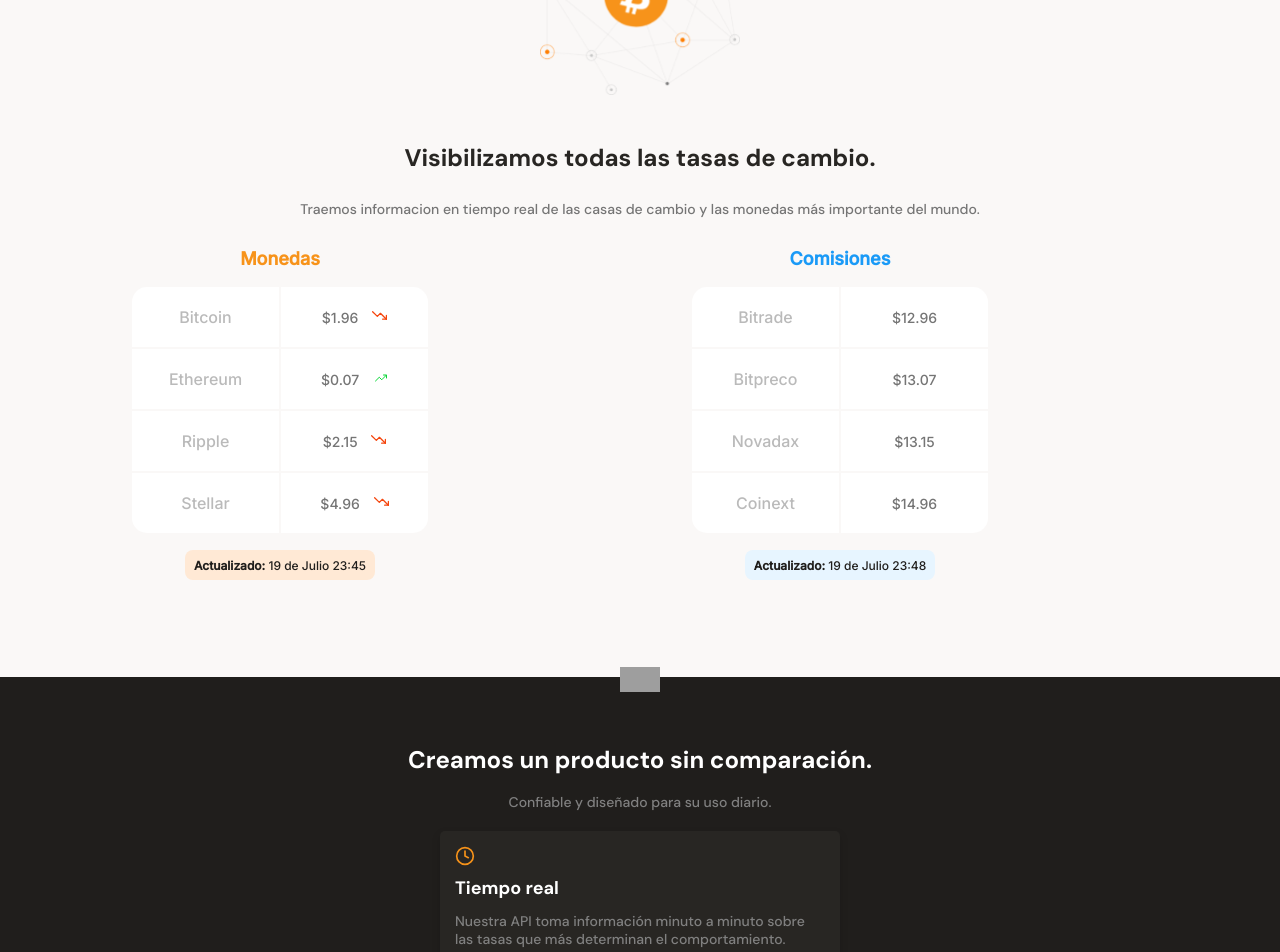
Repository: EnzoSz/Mobile-First
Page: index.html
The author's editor kept a copy of each file at every save. The page is drawn from the files as they stood at one save, then again after the next save.
The browser window is 1280 px wide. The pictures show the part of the page from y = 519 to 1471 px (the page is 3022 px tall before and 3342 px after).
Pictures or frames that could not be fetched are drawn as grey boxes.

Above is the page before, as saved 2021-02-05 13:27:34.

### index.html
<!DOCTYPE html>
<html lang="en">
<head>
    <meta charset="UTF-8">
    <meta name="viewport" content="width=device-width, initial-scale=1.0">
    <title>Document</title>
    <link rel="preconnect" href="https://fonts.gstatic.com">
    <link href="https://fonts.googleapis.com/css2?family=DM+Sans:wght@400;500;700&family=Inter:wght@300;500&display=swap" rel="stylesheet">
    <link rel="stylesheet" href="./estilos.css">
</head>
<body>
    <header>
        <img src="./assets/img/logo.svg" alt="">
        <div class="header--title-container">
            <h1>La próxima revolución en el intercambio de criptomonedas.</h1>
            <p>Batabit te ayuda a navegar entre los diferentes precios y tendencias.</p>
            <a href="#plans" class="header--button">Conoce Nuestros Planes <span></span></a>
        </div>
    </header>
    <main>
        <section class="main-exchange-container">
            <div class="backgroundImg"></div>
            <div class="main.exchange-container--title">
                <h2>Visibilizamos todas las tasas de cambio.</h2>
                <p>
                    Traemos informacion en  tiempo real de las casas de cambio y las monedas más importante del mundo.

                </p>
            </div>
            <section class="main-tables-container">
                <div class="main-currency-table">
                    <p class="currency-table--title">Monedas</p>
                    <div class="currency-table--container">
                        <table>
                            <tr>
                                <td class="table__top-left">Bitcoin</td>
                                <td class="table__top-right table__right">$1.96 <span class="down"></span></td>
                            </tr>
                            <tr>
                                <td>Ethereum</td>
                                <td class="table__right">$0.07 <span class="up"></span></td>
                            </tr>
                            <tr>
                                <td>Ripple</td>
                                <td class="table__right">$2.15 <span class="down"></span></td>
                            </tr>
                            <tr>
                                <td class="table__bottom-left">Stellar</td>
                                <td class="table__bottom-right table__right">$4.96 <span class="down"></span></td>
                            </tr>
                        </table>
                    </div>
                    <div class="currency-table-date">
                        <p>
                            <b>Actualizado:</b> 19 de Julio 23:45
                        </p>
                    </div>
                </div>
                <div class="main-commissions-table">
                    <p class="commissions-table--title">Comisiones</p>
                    <div class="commissions-table--container">
                        <table>
                            <tr>
                                <td class="table__top-left">Bitrade</td>
                                <td class="table__top-right table__right">$12.96</td>
                            </tr>
                            <tr>
                                <td>Bitpreco</td>
                                <td class="table__right">$13.07</td>
                            </tr>
                            <tr>
                                <td>Novadax</td>
                                <td class="table__right">$13.15</td>
                            </tr>
                            <tr>
                                <td class="table__bottom-left">Coinext</td>
                                <td class="table__bottom-right table__right">$14.96</td>
                            </tr>
                        </table>
                    </div>
                    <div class="commissions-table-date">
                        <p>
                            <b>Actualizado:</b> 19 de Julio 23:48
                        </p>
                    </div>
                </div>
            </section>
        </section>
        <section class="main-product-detail">
            <span class="product-detail--batata-logo"></span>
            <div class="product-detail--title">
                <h2>
                    Creamos un producto sin comparación.
                </h2>
                <p>
                    Confiable y diseñado para su uso diario.
                </p>
            </div>
            <section class="product-cards--container">
                <article class="product-detail--card">
                    <span class="icon-card clock"></span>
                    <p class="product--card-title">Tiempo real</p>
                    <p class="product--card-body">
                        Nuestra API toma información minuto a minuto sobre las tasas que más determinan el comportamiento.
                    </p>
                </article>
                <article class="product-detail--card">
                    <span class="icon-card eye "></span>
                    <p class="product--card-title">No hay tasas escondidas</p>
                    <p class="product--card-body">
                        Ni en la compra o al momento de exit. Batabit siempre te muestra el costo real de lo que estas adquiriendo.
                    </p>
                </article>
                <article class="product-detail--card">
                    <span class="icon-card dollar "></span>
                    <p class="product--card-title">Compara monedas</p>
                    <p class="product--card-body">
                        No mas rumores, con Batabit sabrás el valor real de cada moneda en el mercado actual.
                    </p>
                </article>
                <article class="product-detail--card">
                    <span class="icon-card check "></span>
                    <p class="product--card-title">información confiable</p>
                    <p class="product--card-body">
                        Nuestras fuentes estan 100% verificadas y continuamos auditando su contenido mientras se actualizan.
                    </p>
                </article>
            </section>

        </section>
        <section class="bitcoin-img-container">
            <h2>Conócelo hoy.</h2>
        </section>
        <section id="plans" class="main-plans-container">
            <div class="plans--title">
                <h2>Escoge un plan que mejor se ajuste a ti.</h2>
                <p>Cualquier plan te da acceso completo a nuestra plataforma.</p>
            </div>
            <section class="plans-container--slider">
                <article class="plan-container--card">
                    <p class="recomendado">Recomendado</p>
                    <div class="plan-info-container">
                        <h3 class="plan-card--title">Pago Anual</h3>
                        <p class="plan-card--price"><span>$</span>99</p>
                        <p class="plan-card--saving">* Ahorras $129 comparado al plan mensual.</p>
                        <button class="plan-card--ca">Escoger este <span></span></button>
                    </div>
                </article>
                <article class="plan-container--card">
                    <p class="basico">Basico</p>
                    <div class="plan-info-container">
                        <h3 class="plan-card--title">Pago Mensual</h3>
                        <p class="plan-card--price"><span>$</span>150</p>
                        <p class="plan-card--saving">* Contas con todos los beneficios.</p>
                        <button class="plan-card--ca">Escoger este <span></span></button>
                    </div>
                </article>
                <article class="plan-container--card">
                    <p class="premium">Premiun</p>
                    <div class="plan-info-container">
                        <h3 class="plan-card--title">Pago Anual</h3>
                        <p class="plan-card--price"><span>$</span>200</p>
                        <p class="plan-card--saving">* Podrás invitar a un familiar o amigo.</p>
                        <button class="plan-card--ca">Escoger este <span></span></button>
                    </div>
                </article>
            </section>
        </section>
    </main>
    <footer></footer>
</body>
</html>

### estilos.css
/*
1. Posicionamiento
2. Modelo de caja (Box model)
3. Tipografía
4. Visuales
5. Otros
*/
:root {
    /*Colores */
    --bitcoin-orange: #F7931A;
    --soft-orange: #FFE9D5;
    --secondary-blue: #1A9AF7;
    --soft-blue: #E7F5FF;
    --warm-black: #201E1C;
    --warm-black1: #282623;
    --grey: #BABABA;
    --off-white: #FAF8F7;
    --just-white: #FFFFFF;
}
* {
    box-sizing: border-box;
    margin: 0;
    padding: 0;
}
html {
    font-size: 62.5%;
    font-family: 'DM Sans', sans-serif;
}
header {
    position: relative;
    display: flex;
    flex-direction: column;
    justify-content: center;
    width: 100%;
    min-width: 32rem;
    height: 33.4rem;
    text-align: center;
    background: linear-gradient(207.8deg, #201E1C 16.69%, #F7931A 100%);;
}
header img {
    width: 15rem;
    height: 2.4rem;
    margin-top: 6.0rem;
    align-self:center;
}
.header--title-container {
    width: 90%;
    min-width: 28.8rem;
    max-width: 90rem;
    height: 21.8rem;
    margin-top: 4rem;
    text-align: center;
    align-self:center;

}
.header--title-container h1 {
    font-size: 2.4rem;
    font-weight: bold;
    line-height: 2.6rem;
    color: var(--just-white);
}
.header--title-container p {
    margin-top: 25px;
    font-size: 1.4rem;
    font-weight: 500;
    line-height: 1.8rem;
    color: var(--soft-orange);
}
.header--title-container .header--button {
    position: absolute;
    left: calc(50% - 118px);
    top: 270px;
    display: block;
    margin-top: 35px;
    padding: 15px;
    width: 229px;
    height: 48px;
    background-color: var(--off-white);
    /*Sombra*/
    box-shadow: 0px 4px 8px rgba(89, 73, 30, 0.16);
    border: none;
    border-radius: 5px;
    font-size: 1.4rem;
    font-weight: bold;
    text-decoration: none;
    color: var(--warm-black1);
}
.header--button span {
    display: inline-block;
    width: 13px;
    height: 8px;
    margin-left: 10px;
    background-image: url('./assets/icons/arrow-down.svg');
}
main {
    width: 100%;
    height: auto;
    background-color: var(--off-white);
}
.main-exchange-container {
    width: 100%;
    height: auto;
    padding-top: 80px;
    padding-bottom: 30px;
    text-align: center;
}
.main-exchange-container--title {
    width: 90%;
    min-width: 288px;
    max-width: 900px;
    margin: 0 auto;
}
.main-exchange-container .backgroundImg {
    width: 200px;
    height: 200px;
    margin: 0 auto;
    margin-bottom: 50px;
    background-image:url('./assets/img/bitcoin.svg');
    background-size: cover;
    background-position: center;
    background-repeat: no-repeat;
}
.main-exchange-container h2 {
    margin-bottom: 30px;
    font-size: 2.4rem;
    font-weight: bold;
    line-height: 2.6rem;
    color: var(--warm-black1);
}
.main-exchange-container p {
    margin-bottom: 30px;
    font-size: 1.4rem;
    font-weight: 500;
    line-height: 1.6rem;
    color: #757575;
}
.main-tables-container {
    display: flex;
    height: 400px;
    overflow-x: scroll;
    overscroll-behavior: contain;
    scroll-snap-type: x proximity;
}
.main-currency-table, .main-commissions-table {
    width: 70%;
    scroll-snap-align: center;
    min-width: 235px;
    max-width: 500px;
    height: 360px;
    margin: 0 30px;
    font-family: "Inter", sans-serif;
}
.main-currency-table .currency-table--title {
    margin-bottom: 15px;
    font-size: 1.8rem;
    font-weight: bold;
    line-height: 2.3rem;
    color: var(--bitcoin-orange);
}
.currency-table--container, .commissions-table--container {
    width: 90%;
    min-width: 230px;
    max-width: 300px;
    height: 250px;
    margin: 0 auto;
}
.currency-table--container table, .commissions-table--container table {
    width: 100%;
    height: 100%;
}
.currency-table--container td, .commissions-table--container td {
    width: 50%;
    font-size: 1.6rem;
    font-weight: 500;
    line-height: 1.9rem;
    color: var(--grey);
    background-color: var(--just-white);
}
.currency-table--container .table__top-left, .commissions-table--container .table__top-left {
    border-radius: 15px 0 0 0;
}
.currency-table--container .table__top-right, .commissions-table--container .table__top-right {
    border-radius: 0 15px 0 0;
}
.currency-table--container .table__bottom-left, .commissions-table--container .table__bottom-left {
    border-radius: 0 0 0 15px;
}
.currency-table--container .table__bottom-right, .commissions-table--container .table__bottom-right {
    border-radius: 0 0 15px 0;
}
.currency-table--container .table__right, .commissions-table--container .table__right {
    font-size: 1.4rem;
    font-weight: normal;
    line-height: 1.7rem;
    color: #757575;
}
.currency-table--container .down {
    display: inline-block;
    width: 15px;
    height: 15px;
    margin-left: 10px;
    background-image: url('./assets/icons/trending-down.svg');
    background-size: cover;
    background-position: center;
    background-repeat: no-repeat;
}
.currency-table--container .up {
    display: inline-block;
    width: 15px;
    height: 15px;
    margin-left: 10px;
    background-image:url('./assets/icons/trending-up.svg');
    background-position: center;
    background-repeat:no-repeat;
}
.currency-table-date {
    width: 190px;
    height: 30px;
    margin: 0 auto;
    margin-top: 15px;
    padding: 8px;
    background-color: var(--soft-orange);
    border-radius: 8px;
}
.currency-table-date p {
    font-size: 1.2rem;
    line-height: 1.5rem;
    color: var(--warm-black);
}
.main-commissions-table .commissions-table--title {
    margin-bottom: 15px;
    font-size: 1.8rem;
    font-weight: bold;
    line-height: 2.3rem;
    color: var(--secondary-blue);
}
.commissions-table-date {
    width: 190px;
    height: 30px;
    margin: 0 auto;
    margin-top: 15px;
    padding: 8px;
    background-color: var(--soft-blue);
    border-radius: 8px;
}
.commissions-table-date p {
    font-size: 1.2rem;
    line-height: 1.5rem;
    color: var(--warm-black);
}
.main-product-detail {
    position: relative;
    width: 100%;
    min-width: 320px;
    height: auto;
    padding: 20px 10px;
    background-color: var(--warm-black);
}
.product-detail--batata-logo {
    position: absolute;
    width: 40px;
    height: 25px;
    top: -10px;
    left: calc(50% - 20px);
    background-image: url('./assets/icons/batata.svg');
}
.product-detail--title {
    width: 90%;
    min-width: 288px;
    height: auto;
    margin: 0 auto;
    margin-top: 50px;
    text-align: center;
}
.product-detail--title h2 {
    margin-bottom: 20px;
    font-size: 2.4rem;
    font-weight: bold;
    line-height: 2.6rem;
    color: var(--just-white);
}
.product-detail--title p {
    margin-bottom: 20px;
    font-size: 1.4rem;
    font-weight: 500;
    line-height: 1.8rem;
    color: #808080;
}
.product-detail--card {
    width: 90%;
    min-width: 288px;
    max-width: 400px;
    min-height: 150px;
    margin: 15px auto;
    padding: 15px;
    background-color:var(--warm-black1);
    border-radius: 5px;
    box-shadow: 0 4px 8px rgba(0, 0, 0, 0.16);
}
.product-detail--card .icon-card {
    display: inline-block;
    width: 20px;
    height: 20px;
    margin-bottom: 10px;
    background-size: cover;
    background-position: center;
    background-repeat: no-repeat;
}
.clock {
    background-image: url('./assets/icons/clock.svg');
}
.product--card-title {
    margin-bottom: 15px;
    font-size: 1.8rem;
    font-weight: bold;
    line-height: 1.8rem;
    color: var(--just-white);
}
.product--card-body {
    font-size: 1.4rem;
    font-weight: 500;
    line-height: 1.8rem;
    color: #808080;
}
.eye {
    background-image: url('./assets/icons/eye.svg');
}
.dollar {
    background-image: url('./assets/icons/dollar-sign.svg');
}
.check {
    background-image: url('./assets/icons/check-circle.svg');
}
.bitcoin-img-container {
    width: 100%;
    min-width: 320px;
    height: 60vh;
    background-image: url('./assets/img/bitcoinbaby1.jpg');
    background-position: center;
    background-size: cover;
    background-repeat: no-repeat;
    text-align: center;
}
.bitcoin-img-container h2 {
    padding-top: 30px;
    font-size: 2.4rem;
    font-weight: bold;
    line-height: 2.6rem;
    color: var(--just-white);
}
.main-plans-container {
    width: 100%;
    min-width: 320px;
    padding-bottom: 70px;
    text-align: center;

}
.plans--title {
    width: 90%;
    min-width: 288px;
    height: auto;
    margin: 0 auto;
    margin-bottom: 50px;
}
.plans--title h2 {
    padding-top: 50px;
    font-size: 2.4rem;
    font-weight: bold;
    line-height: 2.6rem;
    color: var(--warm-black);
}
.plans--title p {
    padding-top: 30px;
    font-size: 1.4rem;
    font-weight: 500;
    line-height: 1.8rem;
    color: #757575;
}
.plan-container--card {
    position: relative;
    scroll-snap-align: center;
    width: 70%;
    min-width: 230px;
    max-width: 300px;
    height: 250px;
    margin: 50px 10px 0;
    padding: 0 15px;
    background-color: var(--just-white);
    border-radius: 15px;
    box-shadow: 0 4px 8px rgba(89, 73,30, 0.16);
}
.recomendado, .basico, .premium {
    position: absolute;
    width: 120px;
    height: 31px;
    top: -15px;
    left: calc(50% - 60px);
    font-size: 1.2rem;
    background-color: var(--bitcoin-orange);
    border-radius: 8px;
    color: var(--just-white);
    padding: 6px;
}
.plan-card--title {
    padding-top: 30px;
    font-size: 1.4rem;
    font-weight: 500;
    line-height: 1.8rem;
    color: black;

}
.plan-card--price {
    padding: 5px 0;
    font-size: 5.2rem;
    font-weight: bold;
    line-height: 5.3rem;
    color: black;
}
.plan-card--price span {
    font-size: 1.2rem;
    font-weight: 300;
    vertical-align: text-top;
}
.plan-card--saving {
    font-size: 1.2rem;
    color: #757575;
}
.plan-card--ca {
    width: 150px;
    height: 48px;
    margin-top: 20px;
    background-color: #FAF8F7;
    border: 2px solid var(--bitcoin-orange);
    border-radius: 4px;
    font-size: 1.4rem;
    font-family: 'DM Sans', sans-serif;
    font-weight: bold;
    line-height: 1.8rem;
    color: var(--warm-black);

}
.plan-card--ca span {
    display: inline-block;
    width: 20px;
    height: 20px;
    background-image: url('./assets/icons/arrow-right.svg');
    vertical-align: text-bottom;
}
.plans-container--slider {
    display: flex;
    height: 316px;
    overflow-x: scroll;
    overscroll-behavior: contain;
    scroll-snap-type: x proximity;
}

After the next save:
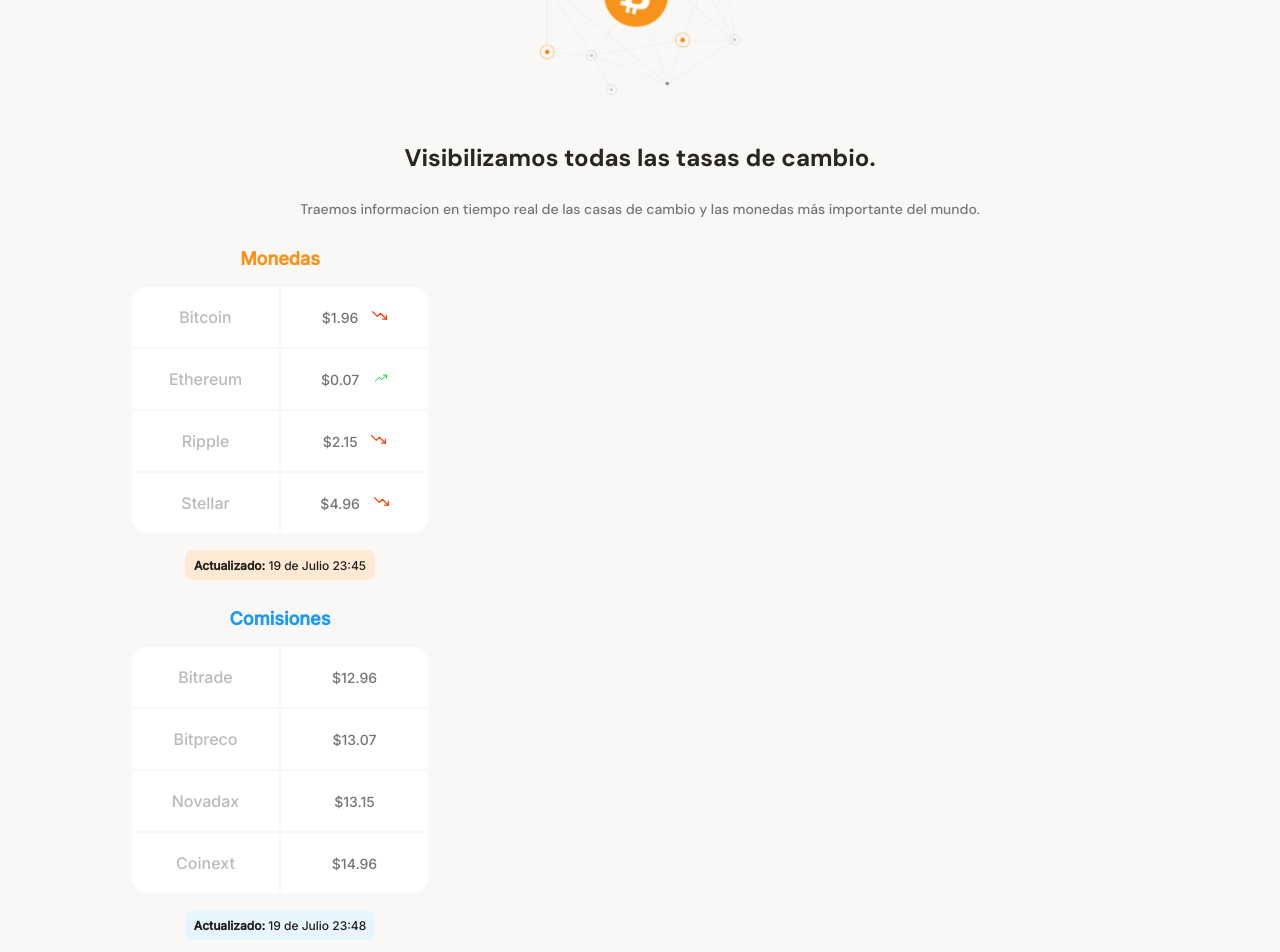
Saved 3 h 18 min later.
--- a/estilos.css
+++ b/estilos.css
@@ -134,13 +134,13 @@
     line-height: 1.6rem;
     color: #757575;
 }
-.main-tables-container {
+/* .main-tables-container {
     display: flex;
     height: 400px;
     overflow-x: scroll;
     overscroll-behavior: contain;
     scroll-snap-type: x proximity;
-}
+} */
 .main-currency-table, .main-commissions-table {
     width: 70%;
     scroll-snap-align: center;
